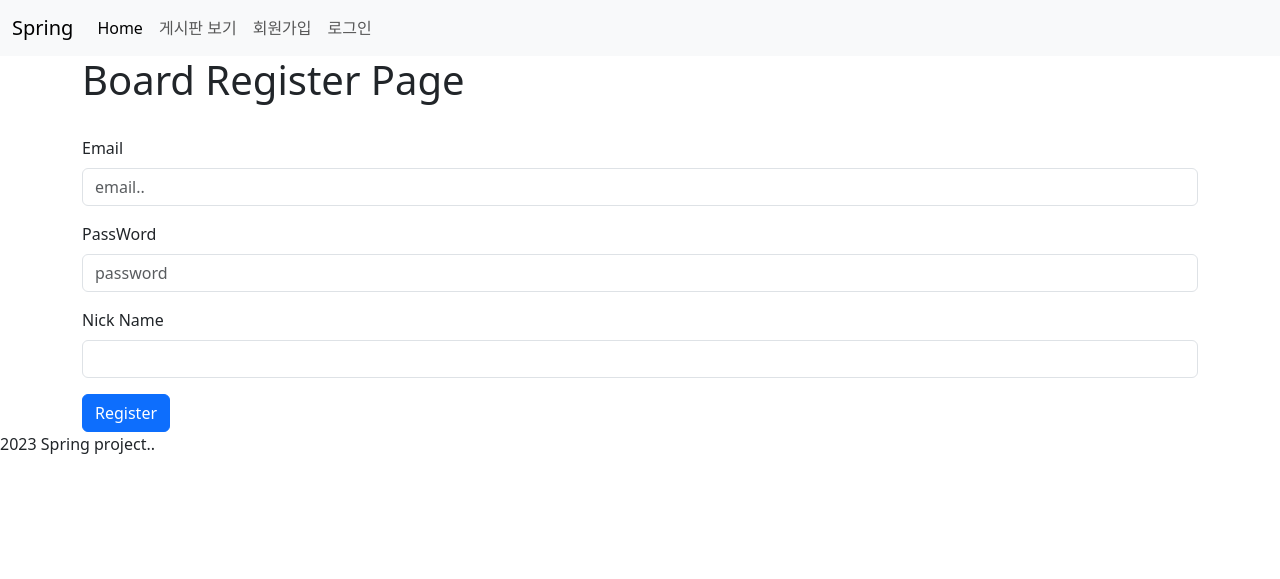
Repository: Skylee-1996/springSelf
Page: http://localhost/spring_test2/WEB-INF/views/member/register.jsp
The author's editor kept a copy of each file at every save. The page is drawn from the files as they stood at one save, then again after the next save.
The browser window is 1280 px wide. The pictures show the whole page.
The page is served by Tomcat 9. Nobody is signed in. The template is opened directly, without the code that normally fills it, so the values that code supplies are empty.

Above is the page before, as saved 2024-01-17 01:48:35.
Console error: TypeError: Cannot read properties of null (reading 'addEventListener')

After the next save:
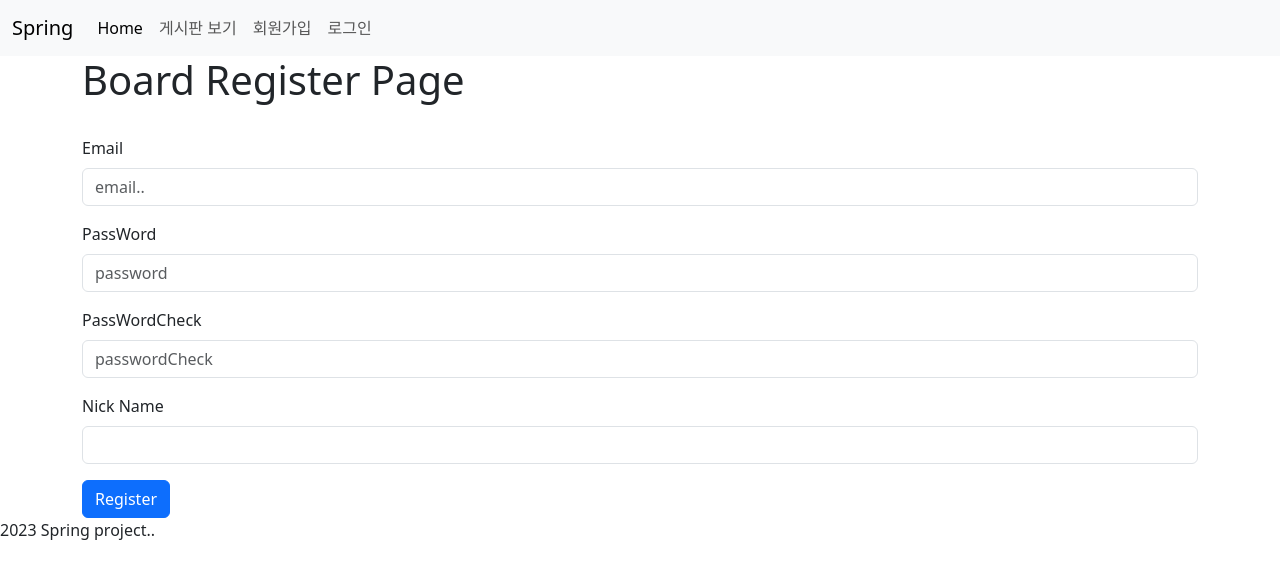
Saved 8 min 33 s later.
--- a/spring_test2/src/main/webapp/WEB-INF/views/member/register.jsp
+++ b/spring_test2/src/main/webapp/WEB-INF/views/member/register.jsp
@@ -18,6 +18,10 @@
   <label for="p" class="form-label">PassWord</label>
   <input type="password" class="form-control" name="pwd" id="p" placeholder="password">
 </div>
+<div class="mb-3">
+  <label for="pc" class="form-label">PassWordCheck</label>
+  <input type="password" class="form-control" name="pwdC" id="pc" placeholder="passwordCheck">
+</div>
 
 <div class="mb-3">
   <label for="n" class="form-label">Nick Name</label>
